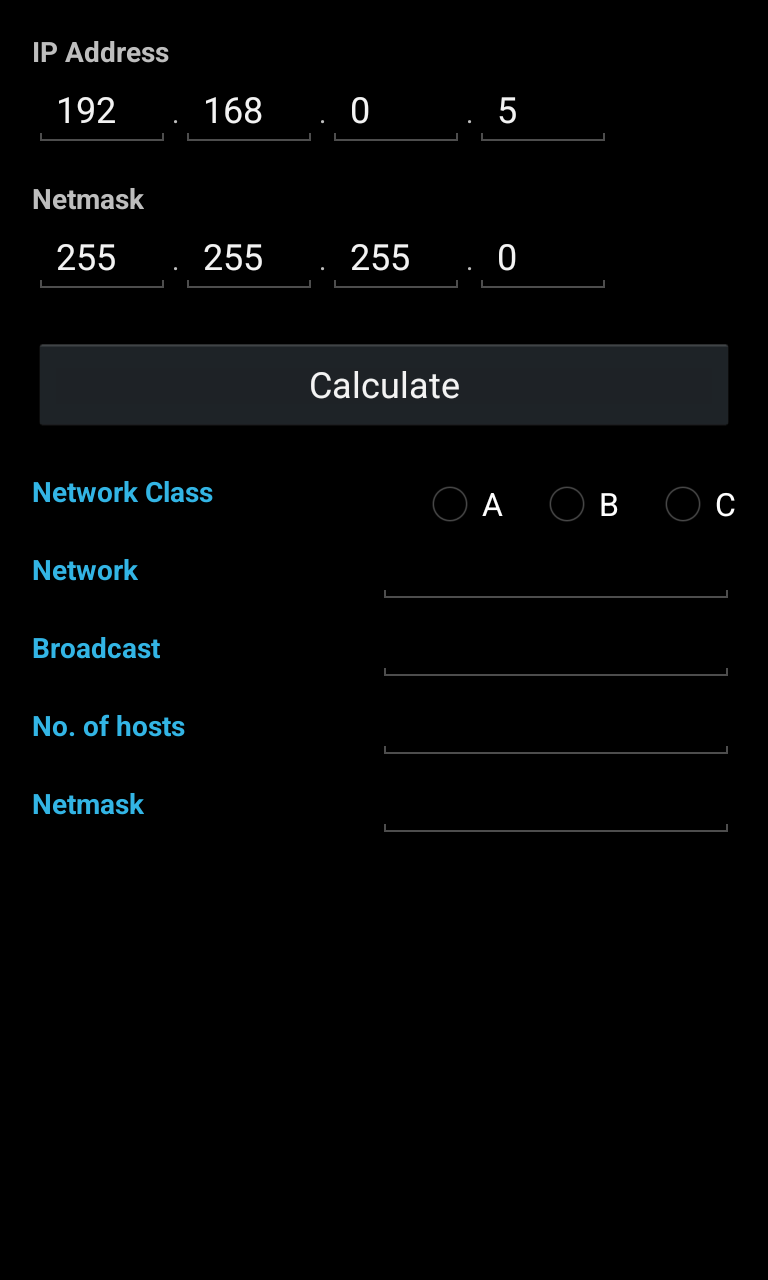
Repository: bighost/Simple-Subnetting
Layout: Android/SimpleSubnet/res/layout/activity_main.xml
These files come from the project's save history. The layout is drawn as it stood at one moment and after the next save; the edit follows.
It is drawn on a 768 x 1280 px phone screen (xhdpi) without system bars, with theme android:Theme.Holo; the app's code is not run.

Above is the layout before, as saved 2014-01-14 18:10:23.

After the next save:
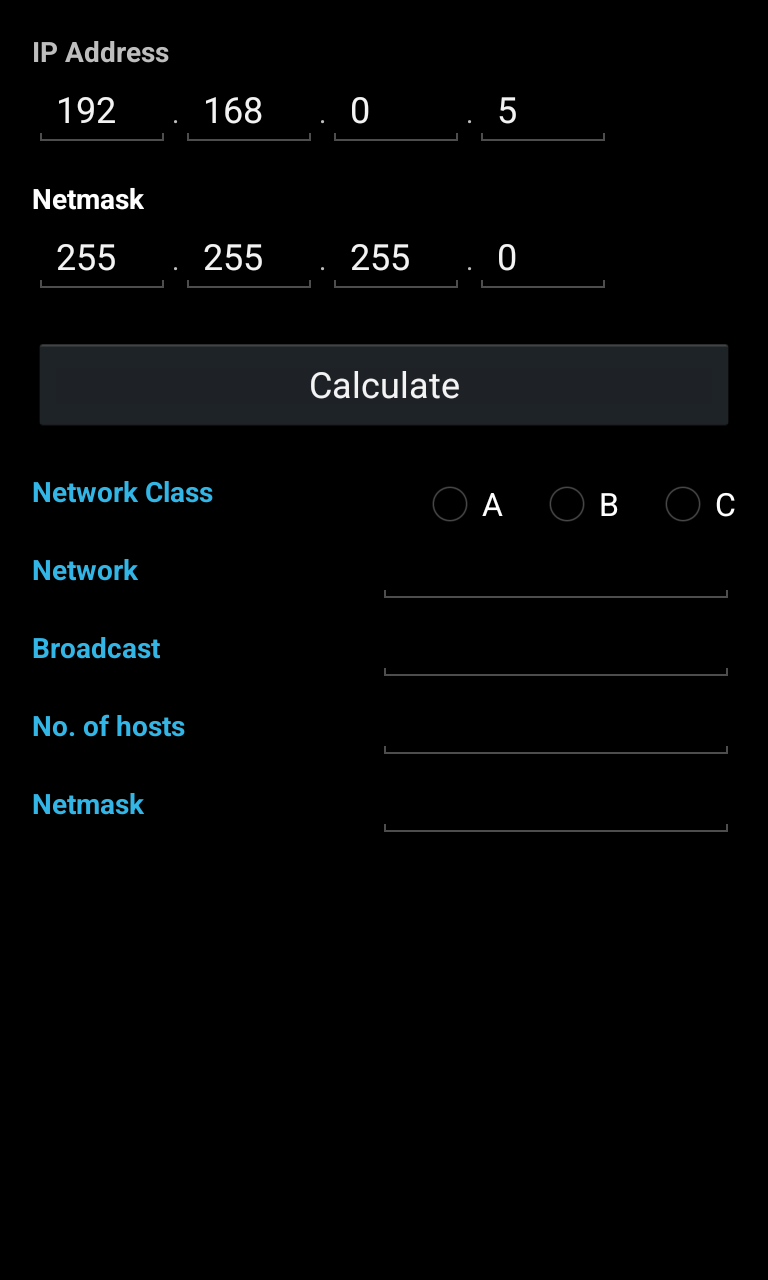
Saved 4 s later.
--- a/Android/SimpleSubnet/res/layout/activity_main.xml
+++ b/Android/SimpleSubnet/res/layout/activity_main.xml
@@ -98,6 +98,7 @@
         android:layout_marginTop="@dimen/spacing_small"
         android:text="Netmask"
         android:textAppearance="?android:attr/textAppearanceSmall"
+        android:textColor="@color/white"
         android:textStyle="bold"
         />
 
